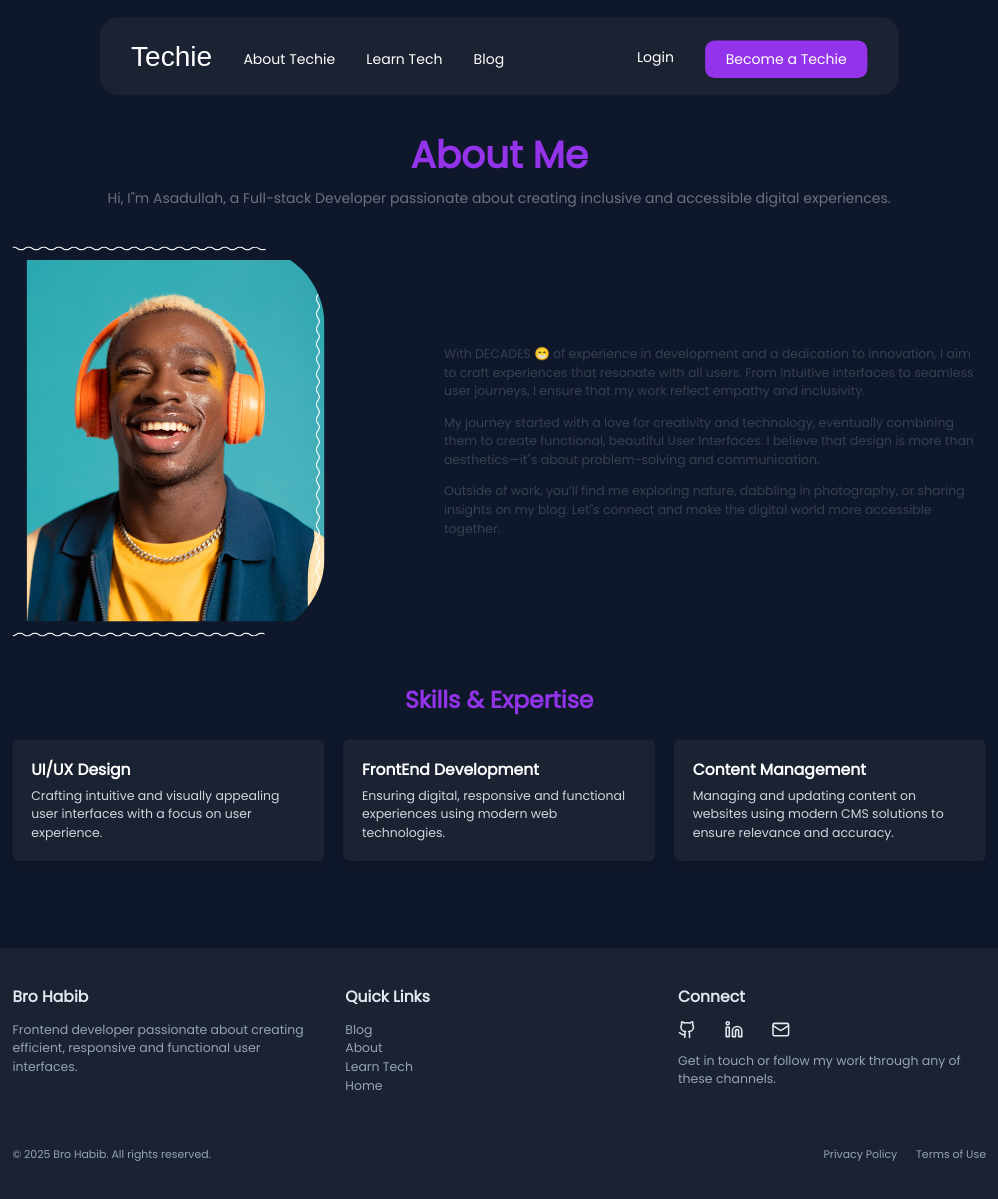
Repository: asadullah48/data-fetch
Page: /about
These files come from the project's save history. The page is drawn as it stood at one moment and after a run of saves; the edit follows.
The browser window is 1280 px wide. The pictures show the whole page, at 78% of full size.
Some web fonts or font styles are not loaded; a fallback is used. The project was rebuilt for these pictures with package versions that can differ from the ones it lists, and the page was loaded fresh each time. The framework's server and built-in components were replaced by stand-ins that run in the browser. Also part of the build but not shown: next.config.mjs.

Above is the page before, as saved 2025-01-15 12:31:51.

### src/app/layout.tsx
import type { Metadata } from "next";
import localFont from "next/font/local";
import "./globals.css";
import Navbar from "@/components/Navbar";
import { Poppins } from "next/font/google"
import Footer from "@/components/Footer";


const poppins = Poppins({
  subsets: ['latin'],
  weight: '400'
})

const geistSans = localFont({
  src: "./fonts/GeistVF.woff",
  variable: "--font-geist-sans",
  weight: "100 900",
});
const geistMono = localFont({
  src: "./fonts/GeistMonoVF.woff",
  variable: "--font-geist-mono",
  weight: "100 900",
});

export const metadata: Metadata = {
  title: "Data Fetching",
  description: "Data Fetching in a CSR and SSR",
};

export default function RootLayout({
  children,
}: Readonly<{
  children: React.ReactNode;
}>) {
  return (
    <html lang="en">
      <body
        className={`${geistSans.variable} ${geistMono.variable} ${poppins.className} bg-[#0f172a] text-white antialiased overflow-x-hidden`}
      >
        <Navbar />
        {children}
        <Footer/>
      </body>
    </html>
  );
}

### src/app/about/page.tsx
'use client';

import Image from "next/image";

export default function About() {
    return (
        <div className="container mx-auto px-4 py-8">
            <div className="text-center mb-12">
                <h1 className="text-5xl font-bold text-[#9333EA]">About Me</h1>
                <p className="text-lg text-gray-500 mt-4">
                    Hi, I&quot;m Asadullah, a Full-stack Developer passionate about creating inclusive and accessible digital experiences.
                </p>
            </div>

            <div className="flex flex-col sm:flex-row gap-8 juctify-center items-center">
                {/* Profile Image */}
                <div className="relative w-screen align-middle md:w-1/2 h-[500px] overflow-hidden">
                    <div className="w-screen align-middle rounded-[0_50px_0_50px]  overflow-hidden ">
                        {/* Using placeholder API for demo - replace src with your actual image URL */}
                        <Image
                            src="/images/myImg.jpeg"
                            width={1000}
                            height={1000}
                            alt="Professional portrait"
                            className="w-[400px] h-[500px] object-cover md:rounded-[0_100px_100px_0] absolute left-0"
                        />
                    </div>
                </div>

                {/* Description */}
                <div className="w-full md:w-2/3 text-center md:text-left">
                    <p className="text-gray-700 mb-4">
                        With DECADES 😁  of experience in development and a dedication to innovation, I aim to craft experiences that
                        resonate with all users. From intuitive interfaces to seamless user journeys, I ensure that my work
                        reflect empathy and inclusivity.
                    </p>
                    <p className="text-gray-700 mb-4">
                        My journey started with a love for creativity and technology, eventually combining them to create functional,
                        beautiful User Interfaces. I believe that design is more than aesthetics—it&quot;s about problem-solving and
                        communication.
                    </p>
                    <p className="text-gray-700">
                        Outside of work, you’ll find me exploring nature, dabbling in photography, or sharing insights on my blog.
                        Let&quot;s connect and make the digital world more accessible together.
                    </p>
                </div>
            </div>

            {/* Skills Section */}
            <div className="mt-16">
                <h2 className="text-3xl font-bold text-[#9333EA] text-center mb-8">Skills & Expertise</h2>

                <div className="grid grid-cols-1 md:grid-cols-3 gap-6">

                    <div className="bg-[#1b2232] text-white rounded-lg shadow-lg p-6">
                        <h3 className="text-xl font-semibold mb-2">UI/UX Design</h3>
                        <p className="text-gray-300">
                            Crafting intuitive and visually appealing user interfaces with a focus on user experience.
                        </p>
                    </div>
                    <div className="bg-[#1b2232] text-white rounded-lg shadow-lg p-6">
                        <h3 className="text-xl font-semibold mb-2">FrontEnd Development</h3>
                        <p className="text-gray-300">
                            Ensuring digital, responsive and functional experiences using modern web technologies.
                        </p>
                    </div>

                    <div className="bg-[#1b2232] text-white rounded-lg shadow-lg p-6">
                        <h3 className="text-xl font-semibold mb-2">Content Management</h3>
                        <p className="text-gray-300">
                            Managing and updating content on websites using modern CMS solutions to ensure relevance and accuracy.
                        </p>
                    </div>
                </div>
            </div>
        </div>
    );
}

### src/app/globals.css
@tailwind base;
@tailwind components;
@tailwind utilities;

body {
  font-family: Arial, Helvetica, sans-serif;
}

@layer utilities {
  .text-balance {
    text-wrap: balance;
  }
}

@layer base {
  :root {
    --background: 0 0% 100%;
    --foreground: 20 14.3% 4.1%;
    --card: 0 0% 100%;
    --card-foreground: 20 14.3% 4.1%;
    --popover: 0 0% 100%;
    --popover-foreground: 20 14.3% 4.1%;
    --primary: 24 9.8% 10%;
    --primary-foreground: 60 9.1% 97.8%;
    --secondary: 60 4.8% 95.9%;
    --secondary-foreground: 24 9.8% 10%;
    --muted: 60 4.8% 95.9%;
    --muted-foreground: 25 5.3% 44.7%;
    --accent: 60 4.8% 95.9%;
    --accent-foreground: 24 9.8% 10%;
    --destructive: 0 84.2% 60.2%;
    --destructive-foreground: 60 9.1% 97.8%;
    --border: 20 5.9% 90%;
    --input: 20 5.9% 90%;
    --ring: 20 14.3% 4.1%;
    --chart-1: 12 76% 61%;
    --chart-2: 173 58% 39%;
    --chart-3: 197 37% 24%;
    --chart-4: 43 74% 66%;
    --chart-5: 27 87% 67%;
    --radius: 0.5rem;
  }
  .dark {
    --background: 20 14.3% 4.1%;
    --foreground: 60 9.1% 97.8%;
    --card: 20 14.3% 4.1%;
    --card-foreground: 60 9.1% 97.8%;
    --popover: 20 14.3% 4.1%;
    --popover-foreground: 60 9.1% 97.8%;
    --primary: 60 9.1% 97.8%;
    --primary-foreground: 24 9.8% 10%;
    --secondary: 12 6.5% 15.1%;
    --secondary-foreground: 60 9.1% 97.8%;
    --muted: 12 6.5% 15.1%;
    --muted-foreground: 24 5.4% 63.9%;
    --accent: 12 6.5% 15.1%;
    --accent-foreground: 60 9.1% 97.8%;
    --destructive: 0 62.8% 30.6%;
    --destructive-foreground: 60 9.1% 97.8%;
    --border: 12 6.5% 15.1%;
    --input: 12 6.5% 15.1%;
    --ring: 24 5.7% 82.9%;
    --chart-1: 220 70% 50%;
    --chart-2: 160 60% 45%;
    --chart-3: 30 80% 55%;
    --chart-4: 280 65% 60%;
    --chart-5: 340 75% 55%;
  }
}

@layer base {
  * {
    @apply border-border;
  }
  body {
    @apply bg-background text-foreground;
  }
}

### src/components/Navbar.tsx
"use client"
import { useState } from 'react';
import { Agbalumo } from "next/font/google"
import Link from "next/link"

const agbalumo = Agbalumo({
    subsets: ['latin'],
    weight: '400'
})


export default function Navbar() {
    const [isMenuOpen, setIsMenuOpen] = useState(false);

    const toggleMenu = () => setIsMenuOpen(!isMenuOpen);

    return (
        <div className="h-[144px] w-screen flex justify-center items-center">
            <div className="h-[100px] w-full relative md:w-[80%] md:rounded-3xl bg-[#1b2232] text-white flex justify-between items-center px-10">
                {/* Logo and Links */}
                <div className="flex justify-center items-center gap-10">
                <Link href={"/"}>
                    <h1 className={`${agbalumo.className} text-4xl`}>Techie</h1>
                </Link>

                    <div className="hidden lg:flex gap-10">
                        <Link href={"/about"} className="text-lg mt-2">About Techie</Link>
                        <Link href={"/learnTech"} className="text-lg mt-2">Learn Tech</Link>
                        <Link href={"/blog"} className="text-lg mt-2">Blog</Link>
                    </div>
                </div>

                {/* Navbar Buttons */}
                <div className="hidden md:flex gap-10">
                    <Link href={"/login"} className="text-lg mt-4">Login</Link>
                    <Link href={"/signup"} className="text-lg mt-2 h-12 bg-PrimaryPurple flex justify-center items-center w-52 rounded-xl">Become a Techie</Link>
                </div>

                {/* Hamburger Menu for Mobile */}
                <div className="lg:hidden flex items-center gap-4">
                    {/* <h1 className="font-bold text-4xl">Techie</h1> */}
                    <button onClick={toggleMenu} className="text-white text-2xl">
                        {/* Hamburger Icon */}
                        {isMenuOpen ? 'X' : '☰'}
                    </button>
                </div>
            </div>

            {/* Dropdown Menu for Mobile */}
            {isMenuOpen && (
                <div className='z-50 h-screen fixed top-1/4 w-full flex justify-center items-center bg-[#1b2232]/70 backdrop-blur-md '>
                <div className=" lg:hidden  text-white  text-center py-4 flex flex-col justify-center items-start gap-5">
                    <Link href={"/about"} onClick={()=> setIsMenuOpen(false)} className="block text-lg mt-2">About Techie</Link>
                    <Link href={"/learnTech"} onClick={()=> setIsMenuOpen(false)} className="block text-lg mt-2">Learn Tech</Link>
                    <Link href={"/blog"} onClick={()=> setIsMenuOpen(false)} className="block text-lg mt-2">Blog</Link>
                    <Link href={"/login"} onClick={()=> setIsMenuOpen(false)} className="block text-lg mt-2">Login</Link>
                    <Link href={"/signup"} onClick={()=> setIsMenuOpen(false)} className=" text-lg mt-2 h-12 bg-PrimaryPurple flex justify-start pl-2 items-center w-52 rounded-xl">Become a Techie</Link>
                </div>
                </div>
            )}
        </div>
    )
}

### src/components/Footer.tsx
import React from 'react'
import { Github,  Linkedin, Mail } from 'lucide-react';
import Link from 'next/link';
export default function Footer() {
  const currentYear = new Date().getFullYear();

  return (
    <div className="bg-[#1b2232] mt-20 text-slate-200 py-12 ">
      <div className="container mx-auto px-4">
        {/* Main Footer Content */}
        <div className="grid grid-cols-1 md:grid-cols-3 gap-8 mb-8">
          {/* About Section */}
          <div>
            <h3 className="text-xl font-semibold mb-4">Bro Habib</h3>
            <p className="text-slate-400 mb-4">
              Frontend developer passionate about creating efficient, responsive and functional user interfaces.
            </p>
          </div>

          {/* Quick Links */}
          <div>
            <h3 className="text-xl font-semibold mb-4">Quick Links</h3>
            <ul className="space-y-2 text-slate-400">
              <Link href="/blog" className="hover:text-slate-200 transition-colors"><li>Blog</li>
              </Link>
              <Link href="/about" className="hover:text-slate-200 transition-colors"><li>About</li>
              </Link>
              <Link href="/learnTech" className="hover:text-slate-200 transition-colors"><li>Learn Tech</li>
              </Link>
              <Link href="/" className="hover:text-slate-200 transition-colors"><li>Home</li>
              </Link>
            </ul>
          </div>

          {/* Connect Section */}
          <div>
            <h3 className="text-xl font-semibold mb-4">Connect</h3>
            <div className="flex space-x-4 mb-4 gap-5">
              <Link href="https://github.com/Habib-bhai" className="hover:text-slate-200 transition-colors">
                <Github size={24} />
              </Link>

              <Link href="https://www.linkedin.com/in/habib007ab92282/" className="hover:text-slate-200 transition-colors">
                <Linkedin size={24} />
              </Link>

              <Link href="mailto:habibahmed918131@gmail.com" className="hover:text-slate-200 transition-colors">
                <Mail size={24} />
              </Link>

            </div>
            <p className="text-slate-400">
              Get in touch or follow my work through any of these channels.
            </p>
          </div>
        </div>

        {/* Bottom Bar */}
        <div className="pt-8 border-t border-slate-800">
          <div className="flex flex-col md:flex-row justify-between items-center space-y-4 md:space-y-0">
            <p className="text-slate-400 text-sm">
              © {currentYear} Bro Habib. All rights reserved.
            </p>
            <div className="flex space-x-6 text-sm text-slate-400">
              <a href="/privacy" className="hover:text-slate-200 transition-colors">Privacy Policy</a>
              <a href="/terms" className="hover:text-slate-200 transition-colors">Terms of Use</a>
            </div>
          </div>
        </div>
      </div>
    </div>
  )
}

### tailwind.config.ts
import type { Config } from "tailwindcss";

const config: Config = {
	darkMode: ["class"],
	content: [
		"./src/pages/**/*.{js,ts,jsx,tsx,mdx}",
		"./src/components/**/*.{js,ts,jsx,tsx,mdx}",
		"./src/app/**/*.{js,ts,jsx,tsx,mdx}",
	],
	theme: {
		extend: {

			animation: {
				'spin-slow': 'spin 3s linear infinite',
				orbit: 'orbit 1.5s linear infinite',
				// dash: 'dash 2s ease-in-out infinite',
				float: 'float 6s ease-in-out infinite',
				wave: 'wave 8s linear infinite',
				bounce: 'bounce 2s infinite',
			},
			keyframes: {
				orbit: {
					'0%': { transform: 'rotate(0deg) translateX(30px) rotate(0deg)' },
					'100%': { transform: 'rotate(360deg) translateX(30px) rotate(-360deg)' },
				},
				dash: {
					'0%': { strokeDashoffset: '880px' },
					'100%': { strokeDashoffset: '0px' },
				},
				float: {
					'0%, 100%': { transform: 'translateY(-10px)' },
					'50%': { transform: 'translateY(10px)' },
				  },
				  wave: {
					'0%': { transform: 'translateX(100%)' },
					'100%': { transform: 'translateX(-100%)' },
				  },
			},
			colors: {
				background: 'hsl(var(--background))',
				PrimaryPurple: '#9333EA',
				foreground: 'hsl(var(--foreground))',
				card: {
					DEFAULT: 'hsl(var(--card))',
					foreground: 'hsl(var(--card-foreground))'
				},
				popover: {
					DEFAULT: 'hsl(var(--popover))',
					foreground: 'hsl(var(--popover-foreground))'
				},
				primary: {
					DEFAULT: 'hsl(var(--primary))',
					foreground: 'hsl(var(--primary-foreground))'
				},
				secondary: {
					DEFAULT: 'hsl(var(--secondary))',
					foreground: 'hsl(var(--secondary-foreground))'
				},
				muted: {
					DEFAULT: 'hsl(var(--muted))',
					foreground: 'hsl(var(--muted-foreground))'
				},
				accent: {
					DEFAULT: 'hsl(var(--accent))',
					foreground: 'hsl(var(--accent-foreground))'
				},
				destructive: {
					DEFAULT: 'hsl(var(--destructive))',
					foreground: 'hsl(var(--destructive-foreground))'
				},
				border: 'hsl(var(--border))',
				input: 'hsl(var(--input))',
				ring: 'hsl(var(--ring))',
				chart: {
					'1': 'hsl(var(--chart-1))',
					'2': 'hsl(var(--chart-2))',
					'3': 'hsl(var(--chart-3))',
					'4': 'hsl(var(--chart-4))',
					'5': 'hsl(var(--chart-5))'
				}
			},
			borderRadius: {
				lg: 'var(--radius)',
				md: 'calc(var(--radius) - 2px)',
				sm: 'calc(var(--radius) - 4px)'
			}
		}
	},
	plugins: [require("tailwindcss-animate")],
};
export default config;

After the next 2 saves:
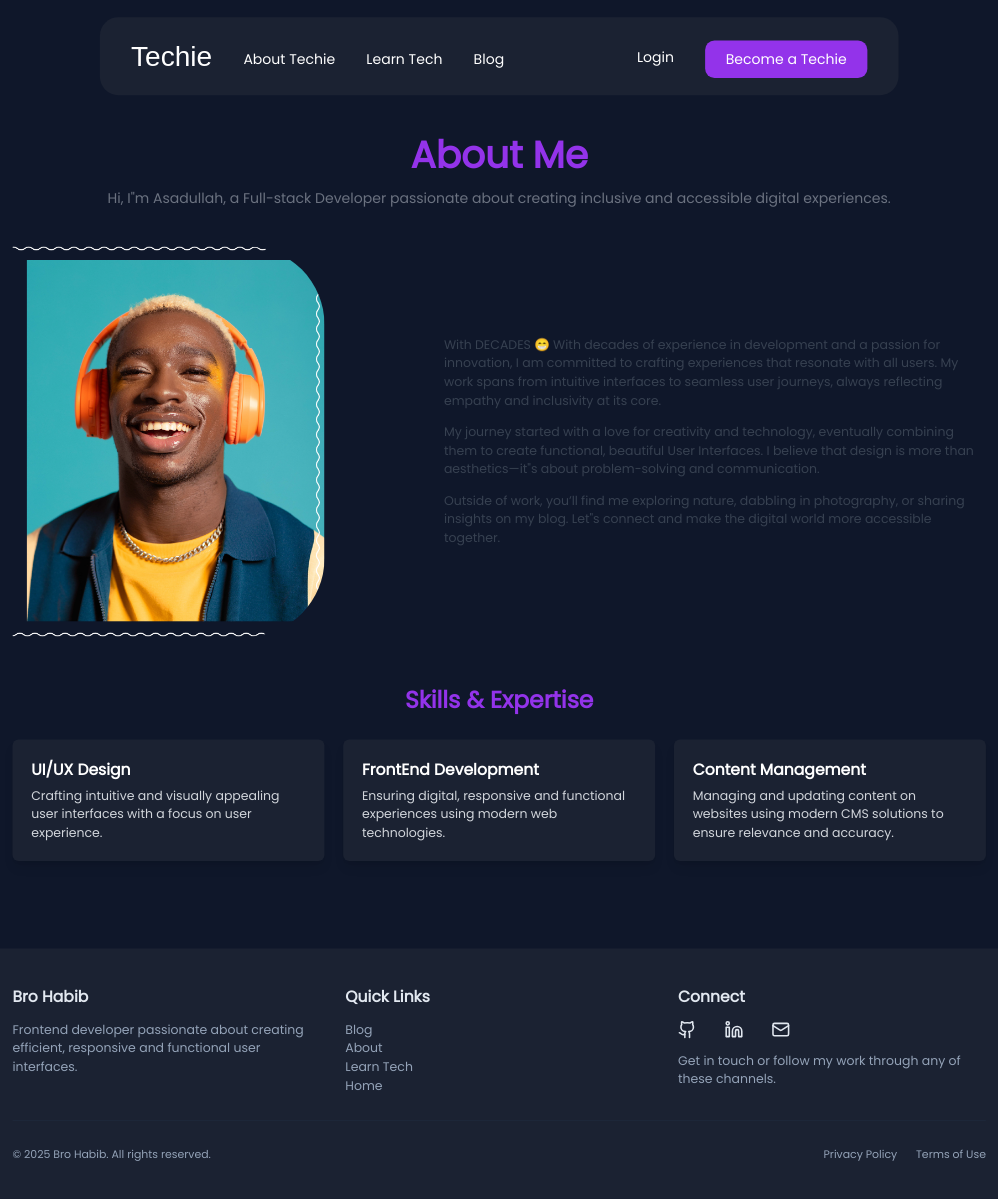
The 2 saves are shown as one change because they came seconds apart.
The last was saved 18 s later.
--- a/src/app/about/page.tsx
+++ b/src/app/about/page.tsx
@@ -30,9 +30,7 @@ export default function About() {
                 {/* Description */}
                 <div className="w-full md:w-2/3 text-center md:text-left">
                     <p className="text-gray-700 mb-4">
-                        With DECADES 😁  of experience in development and a dedication to innovation, I aim to craft experiences that
-                        resonate with all users. From intuitive interfaces to seamless user journeys, I ensure that my work
-                        reflect empathy and inclusivity.
+                        With DECADES 😁  With decades of experience in development and a passion for innovation, I am committed to crafting experiences that resonate with all users. My work spans from intuitive interfaces to seamless user journeys, always reflecting empathy and inclusivity at its core.
                     </p>
                     <p className="text-gray-700 mb-4">
                         My journey started with a love for creativity and technology, eventually combining them to create functional,
